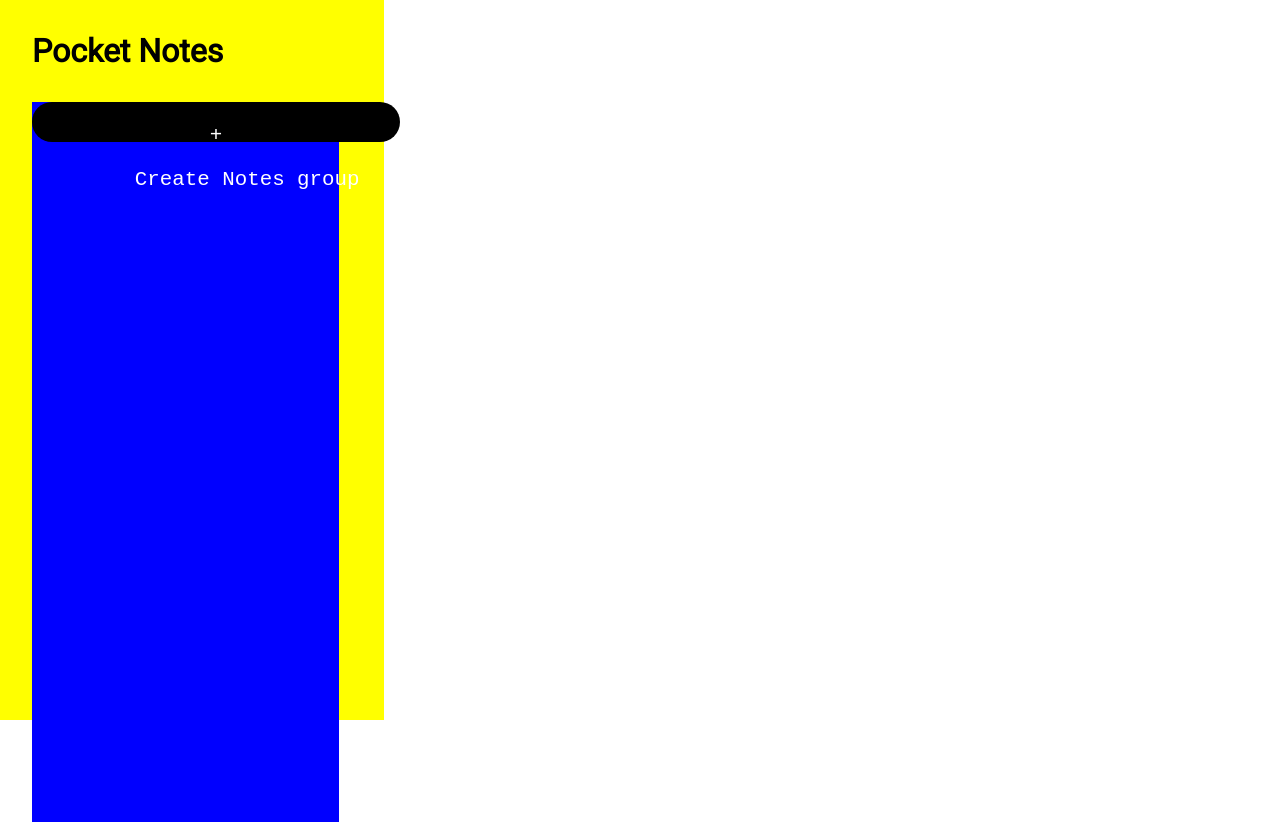
Repository: drumsmanku/react-module-test
Page: /
The author's editor kept a copy of each file at every save. The page is drawn from the files as they stood at one save, then again after the next save.
The browser window is 1280 px wide. The pictures show the whole page.
The project was rebuilt for these pictures with package versions that can differ from the ones it lists, and the page was loaded fresh each time.

Above is the page before, as saved 2023-06-07 20:51:33.

After the next save:
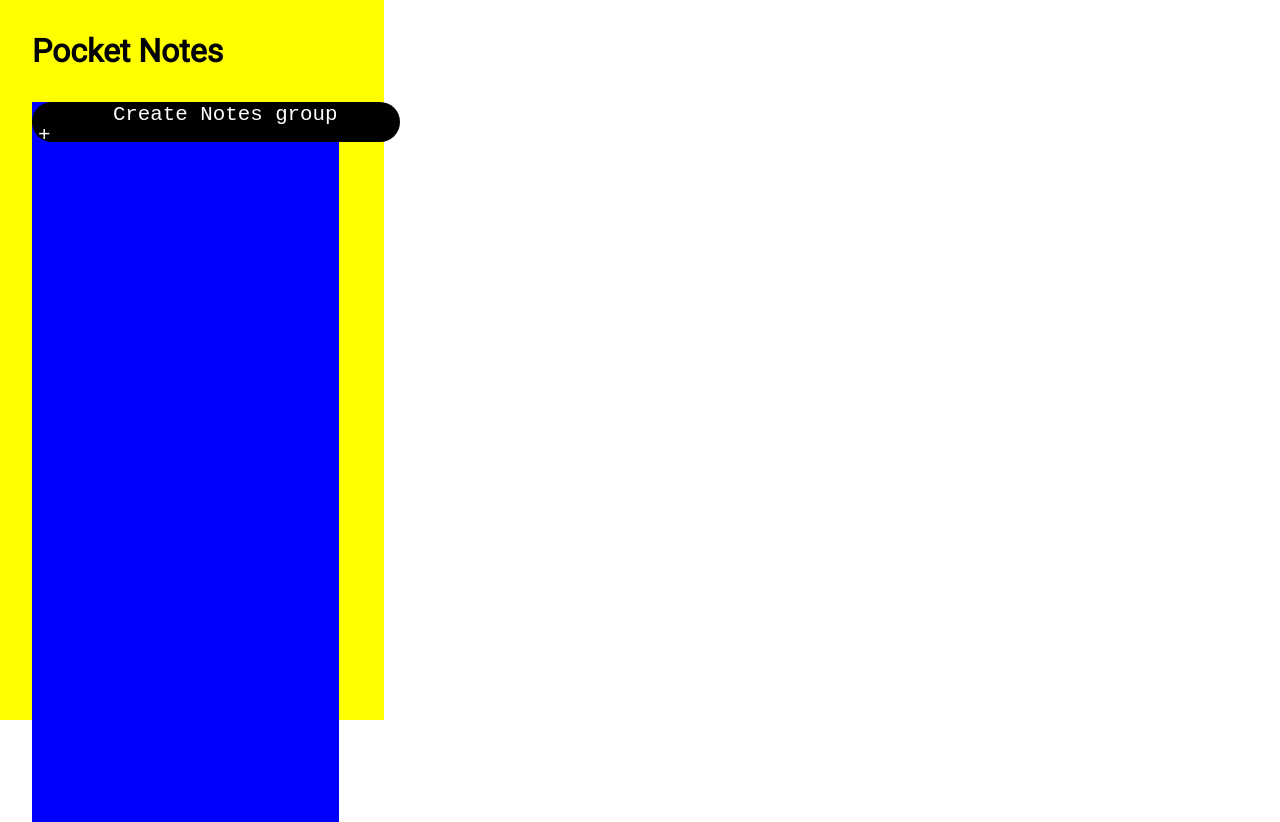
Saved 11 s later.
--- a/src/Components/PopUp.js
+++ b/src/Components/PopUp.js
@@ -22,7 +22,7 @@ function PopUp() {
 
   return (
     <div>
-      <Popup trigger={<button className="btn-1"><pre style={{margin:0}}><p>+</p>     Create Notes group</pre> </button>} modal nested>
+      <Popup trigger={<button className="btn-1"><pre style={{margin:0, display:'flex'}}><p>+</p>     Create Notes group</pre> </button>} modal nested>
         {(close) => (
           <div className="modal">
             <div className="content">Welcome to GFG!!!</div>
